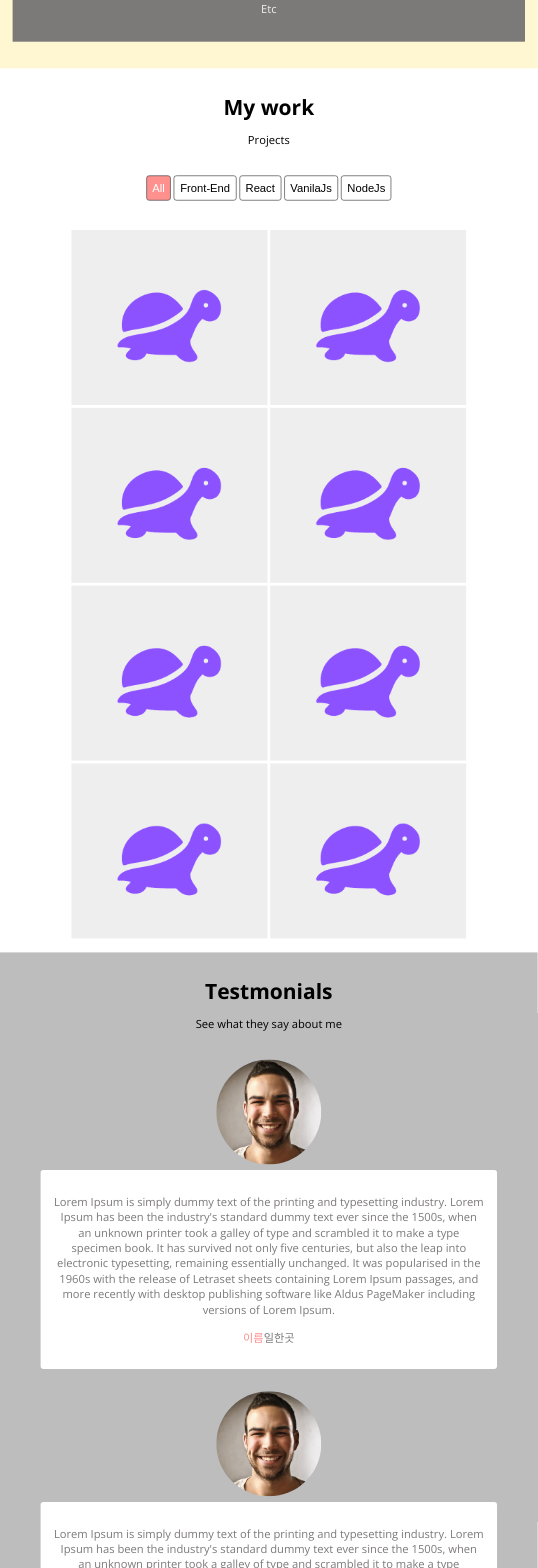
Repository: DevMinwoo-Jung/MinwooPortfolio
Page: index.html
An editor plug-in stored every save of this project. The page is shown before and after the next save, followed by the edit.
The browser window is 768 px wide. The pictures show the part of the page from y = 3272 to 5512 px (the page is 6051 px tall before and 6103 px after), at 70% of full size.

Above is the page before, as saved 2021-06-07 08:28:34.

### index.html
<!DOCTYPE html>
<html lang="en">
<head>
  <meta charset="UTF-8">
  <meta http-equiv="X-UA-Compatible" content="IE=edge">
  <meta name="viewport" content="width=device-width, initial-scale=1.0">
  <title>Minwoo's Portfolio</title>
  <meta name="description" content="(will be) world-renowned Front-End Web developer Minwoo">
  <meta name="author" content= "Minwoo Jung">
  <link rel="icon" type ="image/png" href="imgs/favicon.png">
  <link rel="stylesheet" href="https://use.fontawesome.com/releases/v5.15.3/css/all.css" integrity="sha384-SZXxX4whJ79/gErwcOYf+zWLeJdY/qpuqC4cAa9rOGUstPomtqpuNWT9wdPEn2fk" crossorigin="anonymous">
  <link rel="preconnect" href="https://fonts.gstatic.com">
<link href="https://fonts.googleapis.com/css2?family=Open+Sans:wght@400;600;700&display=swap" rel="stylesheet">
<link rel="stylesheet" href="style.css">
<script src="main.js" defer></script>
</head>
<body>
  <!-- Navbar -->
  <nav id="navbar">
    <div class="navbar__logo">
      <img src="imgs/favicon.png" alt="">
      <a href="#">Minwoo</a>
    </div>
    <div class="navbar__menu">
      <ul class="navbar__menu">
        <li class="navbar__menu__item active" data-link="#home">Home</li>
        <li class="navbar__menu__item" data-link="#about">About</li>
        <li class="navbar__menu__item" data-link="#skills">Skills</li>
        <li class="navbar__menu__item" data-link="#work">My work</li>
        <li class="navbar__menu__item" data-link="#testimonials">Testimonial</li>
        <li class="navbar__menu__item" data-link="#contact">Contact</li>
      </ul>
    </div>
  <!-- Toggle Button -->
      <button class="navbar__toggle-btn">
        <i class="fas fa-bars"></i>
      </button>
  </nav>

  <!-- Arrow Button -->
    <button class="home__btn" data-link="#home">
      <i class="fas fa-chevron-circle-up"></i>
    </button>


  <!-- Home -->
  <section id="home">
    <div class="home__container">
      <img src="imgs/myPhoto.jpg" alt="Minwoo's profile photo" class="home__avatar">
      <h1 class="home__title">반갑습니다. <br> 프론트엔드 개발자 정민우입니다.</h1>
      <h2 class="home__description">멈추지 않는 개발자로 살아가고싶습니다.</h2>
      <button class="home__contact" data-link="#contact">Contact Me</button>
    </div>
  </section>
  <!-- About -->
  <section id="about" class="section section__container">
    <h1>About me</h1>
    <p>나를 나타내는 문장 문장 장문 문에 있는 고추장</p>
    <div class="aoubt__majors">
      <div class="major">
        <div class="major__icon">
          <i class="fab fa-js-square"></i>
        </div>
        <h2 class="major__title">Front-End</h2>
        <div class="major__description">
          HTML, CSS, JavaScript, TypeScript
        </div>
      </div>
      <div class="major">
        <div class="major__icon">
          <i class="fab fa-node"></i>
        </div>
        <div class="major__title">Back-End</div>
        <div class="major__description">
          HTML, CSS, JavaScript, TypeScript
        </div>
      </div>
      <div class="major">
        <div class="major__icon">
          <i class="fab fa-react"></i>
        </div>
        <div class="major__title">Framework</div>
        <div class="major__description">
          HTML, CSS, JavaScript, TypeScript
        </div>
      </div>
    </div>
    <div class="aoubt__jobs">
      <div class="job">
        <img src="imgs/school.png" alt="" class="job__logo">
      </div>
      <div class="job__description">
        <p class="job__period">쌍용교육센터 - 2019.09 ~ 2020.04</p>
      </div>
      <div class="job">
        <img src="imgs/school.png" alt="" class="job__logo">
      </div>
      <div class="job__description">
        <p class="job__period">호서대학교 - 2012.02 ~ 2017.02</p>
      </div>
    </div>



  </section>
  <!-- Skills -->
  <section id="skills" class="section">
    <div class="section__container">
      <h1>Skills</h1>
      <h2>Skills & Attributes</h2>
      <p>
        나를 잘 포장할 말을 쓰면 된다
      </p>
      <div class="skillset">
        <div class="skillset__left">
          <h3 class="skillset__title">Skills</h3>
          <div class="skill">
            <div class="skill__description">
              <span>HTML</span>
              <span>90%</span>
            </div>
            <div class="skill__bar">
              <div class="skill__value" style="width: 99%;"></div>
            </div>
          </div>
          <div class="skill">
            <div class="skill__description">
              <span>JavaScript</span>
              <span>90%</span>
            </div>
            <div class="skill__bar">
              <div class="skill__value"  style="width: 99%;"></div>
            </div>
          </div>
          <div class="skill">
            <div class="skill__description">
              <span>CSS</span>
              <span>90%</span>
            </div>
            <div class="skill__bar">
              <div class="skill__value"  style="width: 90%;"></div>
            </div>
          </div>
          <div class="skill">
            <div class="skill__description">
              <span>TypeScript</span>
              <span>90%</span>
            </div>
            <div class="skill__bar">
              <div class="skill__value"  style="width: 85%;"></div>
            </div>
          </div>
          <div class="skill">
            <div class="skill__description">
              <span>NodeJs</span>
              <span>90%</span>
            </div>
            <div class="skill__bar">
              <div class="skill__value"  style="width: 80%;"></div>
            </div>
          </div>
        </div>
        <div class="skillset__right">
          <div class="tools">
            <h3 class="skillset__title">Tools</h3>
            <ul class="tools__list">
              <li><span>Visual Studio Code</span></li>
              <li><span>1</span></li>
              <li><span>2</span></li>
              <li><span>3</span></li>
              <li><span>4</span></li>
            </ul>
          </div>
          <div class="etc">
            <h3 class="skillset__title">Etc</h3>
            <ul class="etc__list">
              <li><span>Git</span></li>
              <li><span>Etc</span></li>
            </ul>
          </div>
        </div>
      </div>
    </div>
  </section>
  <!-- Work -->
  <section id="work" class="section">
<div class="section__container">
  <h1>My work</h1>
  <h3>Projects</h3>
  <div class="work__categories">
    <button class="category__btn selected" data-filter="*">All <span class="category__count">8</span></button>
    <button class="category__btn" data-filter="Front-End">Front-End <span class="category__count">3</span></button>
    <button class="category__btn" data-filter="React">React <span class="category__count">2</span></button>
    <button class="category__btn" data-filter="vanilaJs">VanilaJs <span class="category__count">2</span></button>
    <button class="category__btn" data-filter="nodeJs">NodeJs <span class="category__count">1</span></button>
  </div>
  <div class="work__projects">
    <a href="mygithub" class="project" target="blank" data-type="*">
    <img class="project__img" src="imgs/favicon.png" alt="project1">
    <!-- 이미지 추후에 넣자 -->
    <div class="project__description">
      <h3>Proejct</h3>
      <span>Clone coding with HTML and CSS</span>
    </div>
    </a>
    <a href="mygithub" class="project" target="blank" data-type="Front-End">
      <img class="project__img" src="imgs/favicon.png" alt="project1">
      <!-- 이미지 추후에 넣자 -->
      <div class="project__description">
        <h3>Proejct</h3>
        <span>Clone coding with HTML and CSS</span>
      </div>
      </a>
      <a href="mygithub" class="project" target="blank" data-type="Front-End">
        <img class="project__img" src="imgs/favicon.png" alt="project1">
        <!-- 이미지 추후에 넣자 -->
        <div class="project__description">
          <h3>Proejct</h3>
          <span>Clone coding with HTML and CSS</span>
        </div>
      </a>
      <a href="mygithub" class="project" target="blank" data-type="React">
        <img class="project__img" src="imgs/favicon.png" alt="project1">
        <!-- 이미지 추후에 넣자 -->
        <div class="project__description">
          <h3>Proejct</h3>
          <span>Clone coding with HTML and CSS</span>
        </div>
      </a>
      <a href="mygithub" class="project" target="blank" data-type="vanilaJs">
        <img class="project__img" src="imgs/favicon.png" alt="project1">
        <!-- 이미지 추후에 넣자 -->
        <div class="project__description">
          <h3>Proejct</h3>
          <span>Clone coding with HTML and CSS</span>
        </div>
      </a>
      <a href="mygithub" class="project" target="blank" data-type="vanilaJs">
        <img class="project__img" src="imgs/favicon.png" alt="project1">
        <!-- 이미지 추후에 넣자 -->
        <div class="project__description">
          <h3>Proejct</h3>
          <span>Clone coding with HTML and CSS</span>
        </div>
      </a>
      <a href="mygithub" class="project" target="blank" data-type="nodeJs">
        <img class="project__img" src="imgs/favicon.png" alt="project1">
        <!-- 이미지 추후에 넣자 -->
        <div class="project__description">
          <h3>Proejct</h3>
          <span>Clone coding with HTML and CSS</span>
        </div>
      </a>
      <a href="mygithub" class="project" target="blank" data-type="React">
        <img class="project__img" src="imgs/favicon.png" alt="project1">
        <!-- 이미지 추후에 넣자 -->
        <div class="project__description">
          <h3>Proejct</h3>
          <span>Clone coding with HTML and CSS</span>
        </div>
      </a>
  </div>
</div>
  </section>
  <!-- Testimonials -->
  <section id="testimonials" class="section">
<div class="section__container">
  <h1>Testmonials</h1>
  <h3>See what they say about me</h3>
  <div class="testimonials">
    <div class="testimonial">
      <img src="imgs/testimonail/people.jpg" alt="" class="testimonial__avatar">
      <div class="testimonail__speech-bubble">
        <p>Lorem Ipsum is simply dummy text of the printing and typesetting industry. Lorem Ipsum has been the industry's standard dummy text ever since the 1500s, when an unknown printer took a galley of type and scrambled it to make a type specimen book. It has survived not only five centuries, but also the leap into electronic typesetting, remaining essentially unchanged. It was popularised in the 1960s with the release of Letraset sheets containing Lorem Ipsum passages, and more recently with desktop publishing software like Aldus PageMaker including versions of Lorem Ipsum.</p>
        <p class="name"><a href="">이름</a>일한곳</p>
      </div>
    </div>
    <div class="testimonial">
      <div class="testimonail__speech-bubble">
        <p>Lorem Ipsum is simply dummy text of the printing and typesetting industry. Lorem Ipsum has been the industry's standard dummy text ever since the 1500s, when an unknown printer took a galley of type and scrambled it to make a type specimen book. It has survived not only five centuries, but also the leap into electronic typesetting, remaining essentially unchanged. It was popularised in the 1960s with the release of Letraset sheets containing Lorem Ipsum passages, and more recently with desktop publishing software like Aldus PageMaker including versions of Lorem Ipsum.</p>
        <p class="name"><a href="">이름</a>일한곳</p>
      </div>
      <img src="imgs/testimonail/people.jpg" alt="" class="testimonial__avatar">
    </div>
  </div>
</div>
  </section>
  <!-- Contact -->
  <section id="contact" class="section">
    <h1 class="contact__title">Let's talk</h1>
    <h2 class="contact__email">applejung312@gmail.com</h2>
    <div class="contact__links">
      <a href="https://github.com/DevMinwoo-Jung" target="_blank">
        <i class="fab fa-github"></i>
      </a>
      <a href="https://dev-minwoo.tistory.com/" target="_blank">
        <i class="fas fa-blog"></i>
      </a>
    </div>
    <p class="contact__right">
      2021 Minwoo Jung - All rights reseverd
    </p>
  </section>
</body>
</html>

### style.css
/* Global */
:root {
  /* Color */
  --color-white: #ffffff;
  --color-light-white: #eeeeee;
  --color-dark-white: #bdbdbd;
  --color-pink: #fe918d;
  --color-dark-pink: #ff6863;
  --color-dark-grey: #4d4d4d;
  --color-grey: #616161;
  --color-light-grey: #7c7979;
  --color-blue: #73aace;
  --color-yellow: #fff7d1;
  --color-orange: #feb546;
  --color-black: #000000;
  --color-dard-purple: rgb(78, 23, 69);

  /* Font size */
  --font-large: 48px;
  --font-medium: 28px;
  --font-regular: 18px;
  --font-small: 16px;
  --font-micro: 14px;

  /* Font weight */
  --weight-bold: 700;
  --weight-semi-bold: 600;
  --weight-regular: 400;

  /* Size */
  --size-border-radius: 4px;

  /* Animation Duration */
  --animation-duration: 300ms;
}

/* Universal tags */
* {
  box-sizing: border-box;
}

/* Typography */
h1 {
  font-size: var(--font-large);
  font-weight: var(--weight-bold);
  color: var(--color-black);
  margin: 16px 0px;
}

h2 {
  font-size: var(--font-medium);
  font-weight: var(--weight-semi-bold);
  color: var(--color-black);
  margin: 8px 0;
}

h3 {
  font-size: var(--font-regular);
  font-weight: var(--weight-regular);
  color: var(--color-black);
  margin: 8px 0;
}

p {
  font-size: var(--font-regular);
  font-weight: var(--weight-regular);
  color: var(--color-black);
  margin: 16px 0;
}

body {
  margin: 0;
  font-family: "Open Sans", sans-serif;
  cursor: default;
}

a {
  text-decoration: none;
  color: var(--color-white);
}

ul {
  list-style: none;
  padding-left: 0;
}

li {
  list-style: none;
}

button {
  background-color: transparent;
  cursor: pointer;
  border: none;
  outline: none;
}

/* Navbar */
#navbar {
  display: flex;
  justify-content: space-between;
  background-color: purple;
  align-items: center;
  position: fixed;
  width: 100%;
  transition: all var(--animation-duration) ease-in-out;
  z-index: 1;
}

#navbar.navbar--dark {
  background-color: rgb(150, 95, 150);
  padding: 8px;
}

.navbar__menu {
  display: flex;
}

.navbar__menu__item {
  padding: 8px 12px;
  margin: 0 4px;
  cursor: pointer;
  color: var(--color-white);
  border: 1px solid transparent;
}

.navbar__menu__item:hover {
  background-color: var(--color-dard-purple);
  border-radius: var(--size-border-radius);
}

.navbar__logo {
  font-size: var(--font-medium);
  font-weight: var(--weight-semi-bold);
  color: white;
}

.navbar__logo img {
  height: 100px;
  width: 100px;
}

.navbar__logo a {
  position: relative;
  bottom: 35px;
}

.navbar__toggle-btn {
  position: absolute;
  right: 32px;
  font-size: 24px;
  color: var(--color-white);
  top: 24px;
  display: none;
}

/* Home */
#home {
  background: url("imgs/background\ Img.png") center/cover no-repeat;
  padding: 150px;
  text-align: center;
}

.home__fadeOut {
  opacity: 0.5;
  transition: all calc(var(--animation-duration)) ease-in-out;
}

.home__avatar {
  width: 250px;
  height: 250px;
  border-radius: 50%;
  border: 2px solid var(--color-white);
}

.home__title,
.home__description {
  color: var(--color-white);
}

.home__contact {
  color: var(--color-white);
  font-size: var(--font-regular);
  font-weight: var(--weight-bold);
  margin: 24px;
  padding: 8px 12px;
  border: 2px solid (var(--color-white));
  border-radius: var(--size-border-radius);
}

.home__contact:hover {
  background-color: rgb(151, 87, 151);
}

/* Section common */
.section {
  margin: auto;
  padding: 50px;
  text-align: center;
}

.section__container {
  max-width: 1200px;
  margin: auto;
}

/* About */
.aoubt__majors {
  display: flex;
  justify-content: space-between;
  margin: 80px 0;
}

.major__icon {
  width: 170px;
  height: 170px;
  font-size: 70px;
  line-height: 170px;
  margin: auto;
  border: 1px solid var(--color-white);
  border-radius: 50%;
  margin-bottom: 16px;
  color: var(--color-blue);
}

.major__icon i {
  transition: all var(--animation-duration) ease;
}

.major__icon:hover i {
  color: var(--color-pink);
  transform: rotate(-30deg) scale(1.1);
}

/*
.major__icon i:hover{
  이렇게하면 i에 올려났을때만 변하지만
  위처럼하면 icon에 올렸을때 i만 변한다
  color: var(--color-pink);
  transform: rotate(-30deg) scale(1.1);
} */

.major__title,
.major__description {
  color: var(--color-dark-grey);
}

.major__description {
  font-size: var(--font-small);
}

.job {
  display: flex;
  align-items: center;
}

.job__description {
  margin: 0 16px;
  text-align: left;
}

.job__name,
.job__period {
  color: var(--color-light-grey);
}

.job__name {
  font-size: var(--font-small);
}

.job__period {
  font-size: var(--font-micro);
}

/* Skill */
#skills {
  background-color: var(--color-yellow);
}

.skillset {
  display: flex;
  background-color: var(--color-light-grey);
  color: var(--color-light-white);
  margin: 20px 0;
}

.skillset__title {
  color: var(--color-white);
}

.skillset__left {
  flex-basis: 60%;
  background-color: var(--color-dark-grey);
  color: var(--color-white);
  padding: 20px 40px;
}

.skill__description {
  display: flex;
  justify-content: space-between;
}

.skillset__right {
  flex-basis: 40%;
}

.tools {
  background-color: var(--color-grey);
}

.skill__bar {
  width: 100%;
  height: 3px;
  background-color: var(--color-grey);
}

.skill {
  margin-bottom: 32px;
}

.skill__value {
  height: 3px;
  background-color: var(--color-orange);
}

.tolls,
.etc {
  padding: 20px;
}

/* Work */
.work__categories {
  margin: 40px;
}

.category__btn {
  border: 1px solid var(--color-dark-grey);
  border-radius: var(--size-border-radius);
  font-size: var(--font-regular);
  padding: 8px 48px;
  position: relative;
}

.category__btn.selected,
.category__btn:hover {
  background-color: var(--color-pink);
  color: var(--color-white);
}

.category__btn.selected,
.category__count,
.category__btn:hover .category__count {
  opacity: 1;
  top: 0;
}
.category__count {
  background-color: var(--color-orange);
  border-radius: 50%;
  color: var(--color-white);
  width: 24px;
  height: 24px;
  display: inline-block;
  line-height: 24px;
  position: relative;
  top: -20px;
  right: 16px;
  opacity: 0;
  transition: all var(--animation-duration);
  position: absolute;
}

.work__projects {
  display: flex;
  flex-wrap: wrap;
  justify-content: center;
  opacity: 1;
  transition: all var(--animation-duration) ease-out;
}

.work__projects.anim-out {
  opacity: 0;
  transform: scale(0.9) translateY(40px);
}

.project {
  width: 280px;
  display: flex;
  justify-content: center;
  align-items: center;
  height: 250px;
  margin: 2px;
  background-color: var(--color-light-white);
  position: relative;
}

.project__img {
  max-width: 100%;
  max-height: 100%;
  align-self: center;
}

.project__description {
  position: absolute;
  top: 0;
  left: 0;
  width: 100%;
  height: 100%;
  display: flex;
  flex-direction: column;
  justify-content: center;
  opacity: 0;
  transition: all var(--animation-duration) ease-in;
  transform: translateY(10px);
  background-color: black;
}

.project.invisible {
  display: none;
}

.project:hover .project__description {
  opacity: 0.8;
  transform: translateY(0px);
}

.project__description h3 {
  color: var(--color-orange);
}

.project__description h3:after {
  content: "";
  display: block;
  position: relative;
  width: 25px;
  height: 25px;
  left: 50%;
  margin-left: -12px;
  background-color: var(--color-dark-white);
  transform: translateX(-50%);
}

/* Testimonial */
#testimonials {
  background-color: var(--color-dark-white);
}

.testimonials {
  margin: 40px;
}

.testimonial {
  display: flex;
  margin: 32px 0;
}

.testimonial__avatar {
  width: 150px;
  height: 150px;
  border-radius: 50%;
}

.testimonial__avatar:nth-child(odd) {
  margin-right: 40px;
}

.testimonial__avatar:nth-child(even) {
  margin-left: 40px;
}

.testimonail__speech-bubble {
  padding: 18px;
  background-color: var(--color-white);
  border-radius: var(--size-border-radius);
}

.testimonail__speech-bubble p {
  color: var(--color-light-grey);
}

.testimonail__speech-bubble a {
  color: var(--color-pink);
}

/* Contact */

#contact {
  background-color: var(--color-pink);
}

.contact__title,
.contact__email,
.contact__rights {
  color: var(--color-white);
}

.contact__title {
  margin: 32px 0;
}

.contact__links {
  font-size: var(--font-large);
  margin: 24px 0;
}

.contact__links i:hover {
  transform: scale(1.1);
  color: var(--color-yellow);
  transition: all var(--animation-duration) ease-in;
}

.home__btn {
  top: 90%;
  left: 90%;
  position: fixed;
  font-size: 40px;
  color: var(--color-white);
  background-color: purple;
  border-radius: 50%;
  width: 70px;
  height: 70px;
  pointer-events: none;
  opacity: 0;
  transition: opacity var(--animation-duration) ease-in;
}

.home__btn--visible {
  opacity: 1;
  pointer-events: auto;
}

@media screen and (max-width: 768px) {
  :root {
    /* Font size */
    --font-large: 30px;
    --font-medium: 18px;
    --font-regular: 16px;
    --font-small: 14px;
    --font-micro: 12px;
  }

  .navbar__toggle-btn {
    display: block;
  }
  #navbar {
    flex-direction: column;
    align-items: flex-start;
    transition: 0.4s;
  }
  .navbar__menu {
    flex-direction: column;
    text-align: center;
    width: 100%;
    display: none;
    opacity: 0;
    transition: all var(--animation-duration) ease-in;
  }

  .navbar__menu.show {
    flex-direction: column;
    text-align: center;
    width: 100%;
    display: block;
    opacity: 1;
    transition: all var(--animation-duration) ease-in;
  }

  .about__majors {
    flex-direction: column;
    margin-top: 30px;
    margin-bottom: 0px;
  }

  .major {
    margin-bottom: 30px;
  }

  .category__btn {
    padding: 8px;
  }

  .skillset {
    flex-direction: column;
  }

  .testimonail__avatar {
    width: 80px;
    height: 80px;
  }

  .testimonial {
    flex-direction: column;
    align-items: center;
  }

  .section {
    padding: 18px;
  }

  .testimonial__avatar:nth-child(odd),
  .testimonial__avatar:nth-child(even) {
    margin: 0;
    margin-bottom: 8px;
  }
  .testimonail__speech-bubble {
    order: 1;
  }

  .home__btn {
    font-size: 30px;
    border-radius: 50%;
    width: 40px;
    height: 40px;
  }

  .navbar__toggle-btn {
    display: block;
    top: 16px;
    right: 16px;
    font-size: var(--font-medium);
  }
}

### main.js
'use strict'

// const scroll = window.scrollY; // 0 ~
// const navbar = document.getElementById('navbar').getBoundingClientRect().height; // 139


// Make navbar tranparent when it is on the top
const navbar = document.querySelector('#navbar');
const navbarHeight = navbar.getBoundingClientRect().height;

document.addEventListener('scroll', () => {
  if(window.scrollY > navbar){
    navbar.classList.add('navbar--dark');
  } else {
    document.getElementById('navbar').style.backgroundColor = 'purple'
    navbar.classList.remove('navbar--dark');
  }
});


// handle scroll when click navbar menu
// navbar가 메뉴 가림 추후 해결 해야함 2021.06.02
const navbarMenu = document.querySelector('.navbar__menu');
navbarMenu.addEventListener('click', (event) => {
  const target = event.target;
  const link = target.dataset.link;
  if(link == null){
    return;
  }
  console.log(link);
  console.log(target);
  scollIntoView(link);
});


// handle scroll when click contact
const contactMe = document.querySelector('.home__contact');
contactMe.addEventListener('click', () => {
  scollIntoView('#contact');
});


// home contents is faded out when scroll down
const homeContents = document.querySelector('.home__container');
const homeHeight = homeContents.getBoundingClientRect().height;
document.addEventListener('scroll', () => {
  homeContents.style.opacity = 1 - window.scrollY / homeHeight;
});


// appears arrow button after scrolling down
const arrowBtn = document.querySelector('.home__btn');
document.addEventListener('scroll', () => {
  if(window.scrollY > homeHeight){
    arrowBtn.classList.add('home__btn--visible');
  } else {
    arrowBtn.classList.remove('home__btn--visible');
  };
  navbarMenu.classList.remove('show');
  navbarMenu.childNodes[1].classList.remove('show');
});

// go to home when click arrow button
arrowBtn.addEventListener('click', () => {
  scollIntoView('#home');
});

// show projects
const projectsCategories = document.querySelector('.work__categories');
const project = document.querySelector('.work__projects');
const projects = document.querySelectorAll('.project');

projectsCategories.addEventListener('click', (e) => {
  const filter = e.target.dataset.filter || e.target.parentNode.dataset.filter;
  if (filter == null) {
    return;
  };

// Remove selection from the previous item and select the new
const active = document.querySelector('.category__btn.selected');
active.classList.remove('selected');
const target = e.target.nodeName === 'BUTTON' ? e.target : e.target.parentNode;
target.classList.add('selected');

project.classList.add('anim-out');
setTimeout(() => {
  projects.forEach((project) => {
    if(filter === '*' || filter === project.dataset.type){
      project.classList.remove('invisible');
    } else {
      project.classList.add('invisible');
    }
  });
  project.classList.remove('anim-out');
  }, 300);
});


// show menu when click navbar menu
const navbarBtn = document.querySelector('.navbar__toggle-btn');
navbarBtn.addEventListener('click', () => {
  console.log(navbarMenu.childNodes[1]);
  navbarMenu.classList.toggle('show');
  navbarMenu.childNodes[1].classList.toggle('show');
});


// functions
function scollIntoView(selector){
  const scrollTo = document.querySelector(selector);
  scrollTo.scrollIntoView({ behavior: 'smooth'});
}

After the next save:
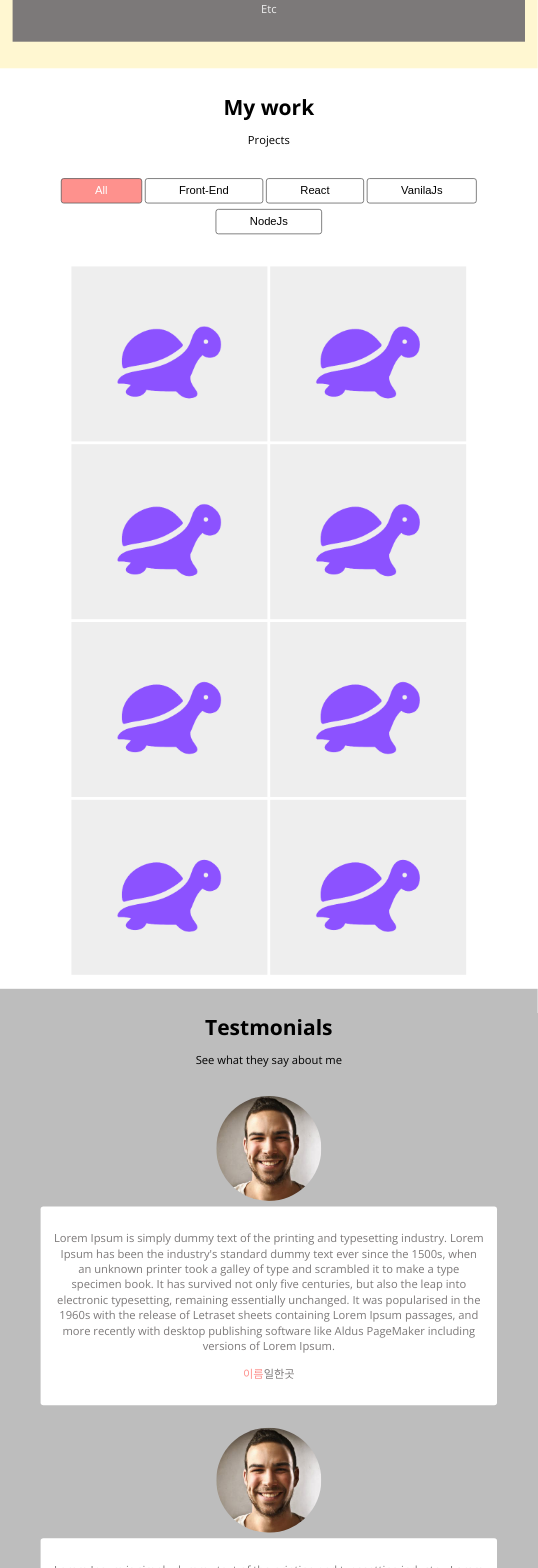
Saved 27 s later.
--- a/style.css
+++ b/style.css
@@ -575,7 +575,7 @@ button {
   }
 
   .category__btn {
-    padding: 8px;
+    margin: 4px 0;
   }
 
   .skillset {
